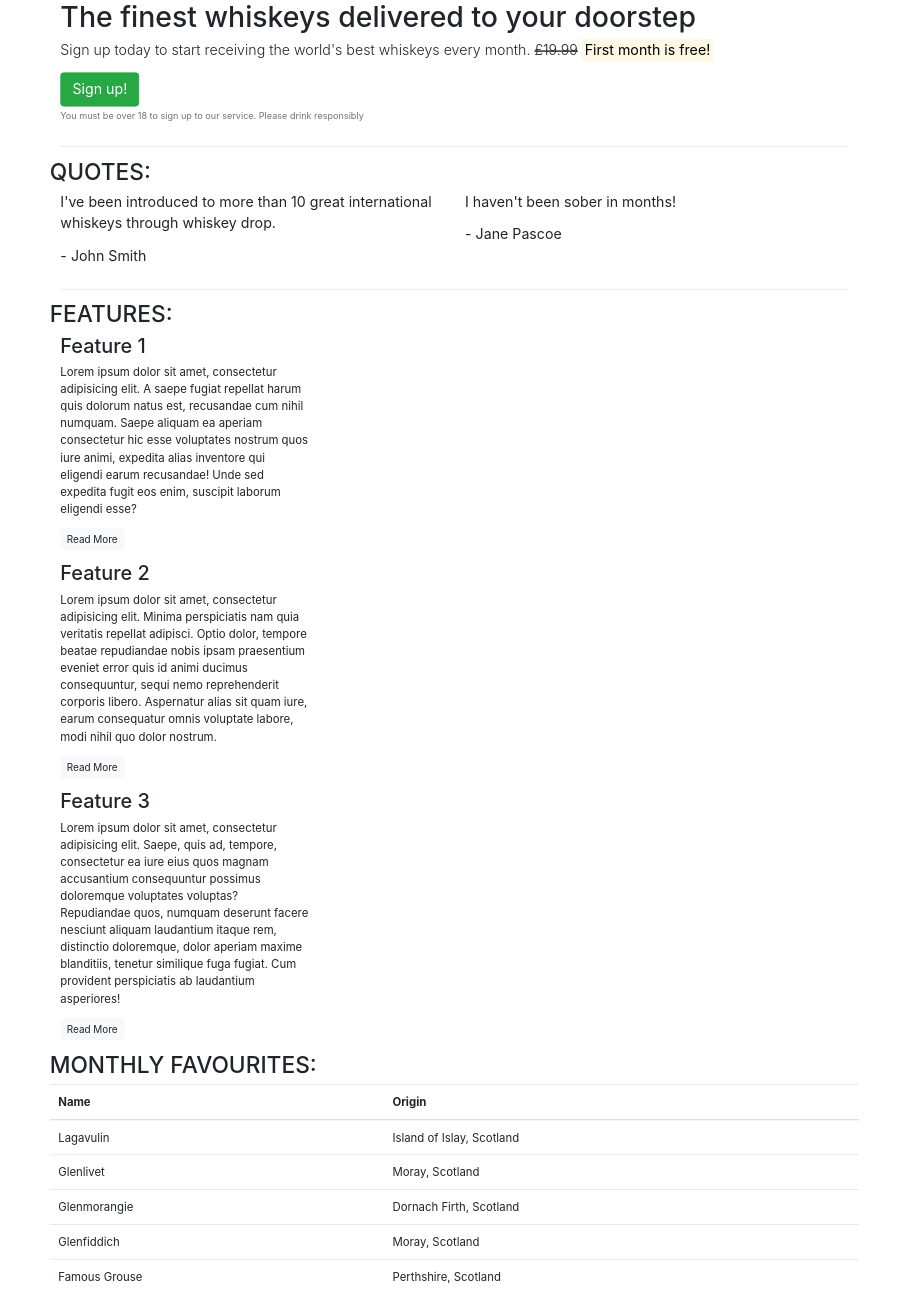
Repository: LouWills/WhiskeyDrop-bootstrap
Page: index.html
The author's editor kept a record of every edit. The page is drawn from the files as they stood at one moment, then again after the next edit.
The browser window is 1280 px wide. The pictures show the whole page, at 71% of full size.

Above is the page before.
Console error: TypeError: Cannot read properties of undefined (reading 'fn')

### index.html
<!DOCTYPE html>
<html lang="en">
<head>
    <meta charset="UTF-8">
    <meta name="viewport" content="width=device-width, initial-scale=1.0">
    <meta http-equiv="X-UA-Compatible" content="ie=edge">
    <link rel="stylesheet" href="https://stackpath.bootstrapcdn.com/bootstrap/4.3.1/css/bootstrap.min.css" integrity="sha384-ggOyR0iXCbMQv3Xipma34MD+dH/1fQ784/j6cY/iJTQUOhcWr7x9JvoRxT2MZw1T" crossorigin="anonymous">
<script src="https://stackpath.bootstrapcdn.com/bootstrap/4.3.1/js/bootstrap.min.js" integrity="sha384-JjSmVgyd0p3pXB1rRibZUAYoIIy6OrQ6VrjIEaFf/nJGzIxFDsf4x0xIM+B07jRM" crossorigin="anonymous"></script>
    <!--main.css are my own styles on the website-->
    <link rel="stylesheet" href="main.css" type="text/css" />
    <title>Whiskey Drop_Taste a new whiskey every month</title>
</head>
<body>
   <article class="container">
       <!--callout-->
       <div class="row">
           <div class="col-12">
               <section class="callout">
                   <h1>The finest whiskeys delivered to your doorstep</h1>
                   <p class="lead">Sign up today to start receiving the world's best whiskeys every month. <s>£19.99</s> <strong><mark>First month is free!</mark></strong></p>
                    <button class="btn btn-success btn-lg btn-tablet">Sign up!</button>
                   <p class="text-muted"><small>You must be over 18 to sign up to our service. Please drink responsibly</small></p>
               </section>
           </div>
       </div>
       <!--/.callout-->
       <hr>

       <!-- Quotes -->
       <section class="quotes">
           <div class="row">
               <h2 class="text-uppercase">Quotes:</h2>
           </div>
           <div class="row">
               <div class="col-6">
                   <blockquote class="blockquote">
                       <p>I've been introduced to more than 10 great international whiskeys through whiskey drop.</p>
                       <p>- John Smith</p>
                   </blockquote>
               </div>
               <div class="col-6">
                   <blockquote class="blockquote">
                       <p>I haven't been sober in months!</p>
                       <p>- Jane Pascoe</p>
                   </blockquote>
               </div>
           </div>
        </section>
        <!--/.quotes-->

        <hr>

        <!--Features-->
        <section class="features">
            <div class="row">
                <h2 class="text-uppercase">Features:</h2>
            </div>
            <div class="row">
                <div class="col-4">
                <div class="feature">
                    <h3>Feature 1</h3>
                    <p>Lorem ipsum dolor sit amet, consectetur adipisicing elit. A saepe fugiat repellat harum quis dolorum natus est, recusandae cum nihil numquam. Saepe aliquam ea aperiam consectetur hic esse voluptates nostrum quos iure animi, expedita alias inventore qui eligendi earum recusandae! Unde sed expedita fugit eos enim, suscipit laborum eligendi esse?</p>
                    <p><a class="btn btn-sm btn-light btn-tablet" href="">Read More</a></p>
                </div>
                <div class="feature">
                    <h3>Feature 2</h3>
                    <p>Lorem ipsum dolor sit amet, consectetur adipisicing elit. Minima perspiciatis nam quia veritatis repellat adipisci. Optio dolor, tempore beatae repudiandae nobis ipsam praesentium eveniet error quis id animi ducimus consequuntur, sequi nemo reprehenderit corporis libero. Aspernatur alias sit quam iure, earum consequatur omnis voluptate labore, modi nihil quo dolor nostrum.</p>
                    <p><a class="btn btn-sm btn-light btn-tablet" href="">Read More</a></p>
                </div>
                <div class="feature">
                    <h3>Feature 3</h3>
                    <p>Lorem ipsum dolor sit amet, consectetur adipisicing elit. Saepe, quis ad, tempore, consectetur ea iure eius quos magnam accusantium consequuntur possimus doloremque voluptates voluptas? Repudiandae quos, numquam deserunt facere nesciunt aliquam laudantium itaque rem, distinctio doloremque, dolor aperiam maxime blanditiis, tenetur similique fuga fugiat. Cum provident perspiciatis ab laudantium asperiores!</p>
                    <p><a class="btn btn-sm btn-light btn-tablet" href="">Read More</a></p>
                </div>
            </div>
        </section>
        <!-- /.Features -->

        <!--Monthly Favourites-->
        <section class="monthlyFavourites">
            <div class="row">
                <h2 class="text-uppercase">Monthly favourites:</h2>
            </div>
            <div class="row">
                <table class="table">
                    <thead>
                        <tr>
                          <th scope="col" class="tab-header">Name</th>
                          <th scope="col" class="tab-header">Origin</th>
                        </tr>
                    </thead>
                    <tbody>
                        <tr>
                          <td>Lagavulin</td>
                          <td>Island of Islay, Scotland</td>
                        </tr>
                        <tr>
                          <td>Glenlivet</td>
                          <td>Moray, Scotland</td>
                        </tr>
                        <tr>
                          <td>Glenmorangie</td>
                          <td>Dornach Firth, Scotland</td>
                        </tr>
                         <tr>
                          <td>Glenfiddich</td>
                          <td>Moray, Scotland</td>
                        </tr>
                        <tr>
                          <td>Famous Grouse</td>
                          <td>Perthshire, Scotland</td>
                        </tr>
                    </tbody>
                </table>
            </div>
        </section>
   </article>
</body>
</html>

### main.css
@media (max-width: 767px) {
    .btn-tablet {
    margin:auto;
    display:block;
}
}

After the next edit:
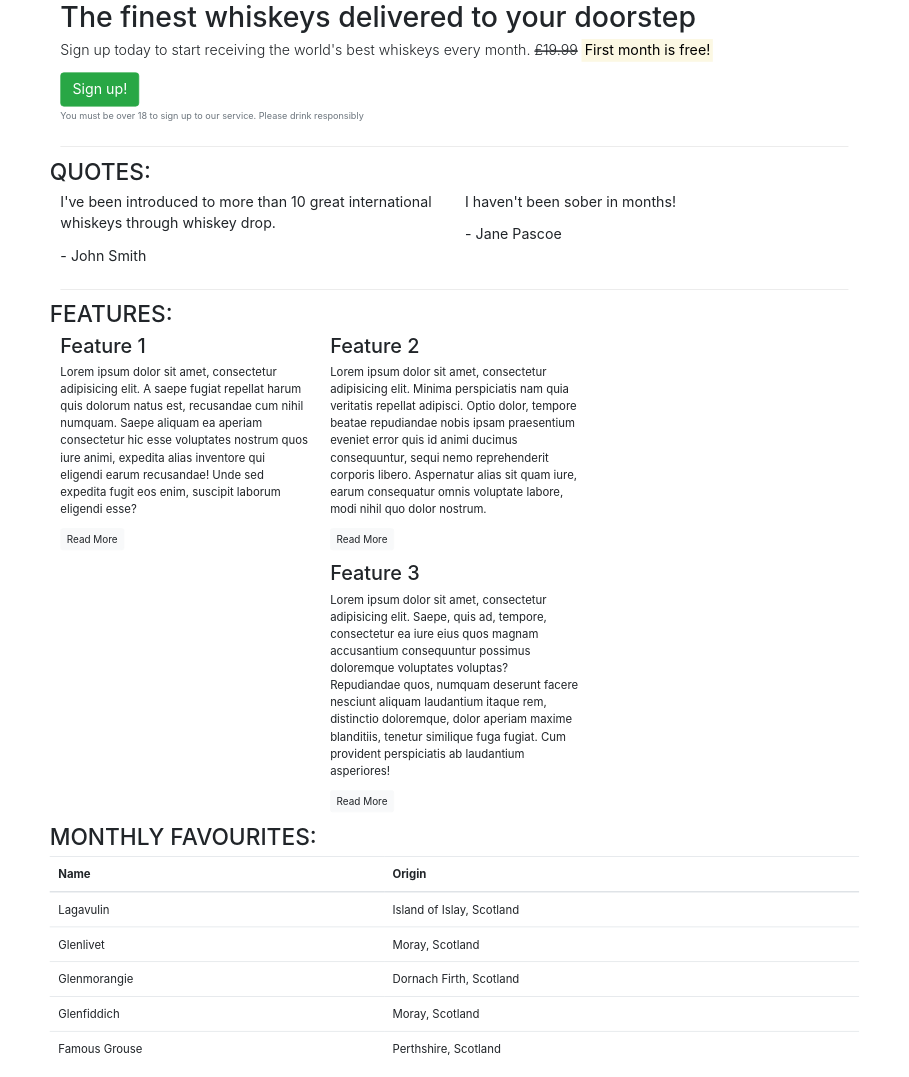
The edit:
--- a/index.html
+++ b/index.html
@@ -57,11 +57,13 @@
             </div>
             <div class="row">
                 <div class="col-4">
-                <div class="feature">
-                    <h3>Feature 1</h3>
-                    <p>Lorem ipsum dolor sit amet, consectetur adipisicing elit. A saepe fugiat repellat harum quis dolorum natus est, recusandae cum nihil numquam. Saepe aliquam ea aperiam consectetur hic esse voluptates nostrum quos iure animi, expedita alias inventore qui eligendi earum recusandae! Unde sed expedita fugit eos enim, suscipit laborum eligendi esse?</p>
-                    <p><a class="btn btn-sm btn-light btn-tablet" href="">Read More</a></p>
+                    <div class="feature">
+                        <h3>Feature 1</h3>
+                        <p>Lorem ipsum dolor sit amet, consectetur adipisicing elit. A saepe fugiat repellat harum quis dolorum natus est, recusandae cum nihil numquam. Saepe aliquam ea aperiam consectetur hic esse voluptates nostrum quos iure animi, expedita alias inventore qui eligendi earum recusandae! Unde sed expedita fugit eos enim, suscipit laborum eligendi esse?</p>
+                        <p><a class="btn btn-sm btn-light btn-tablet" href="">Read More</a></p>
+                    </div>
                 </div>
+                <div class="col-4">
                 <div class="feature">
                     <h3>Feature 2</h3>
                     <p>Lorem ipsum dolor sit amet, consectetur adipisicing elit. Minima perspiciatis nam quia veritatis repellat adipisci. Optio dolor, tempore beatae repudiandae nobis ipsam praesentium eveniet error quis id animi ducimus consequuntur, sequi nemo reprehenderit corporis libero. Aspernatur alias sit quam iure, earum consequatur omnis voluptate labore, modi nihil quo dolor nostrum.</p>
